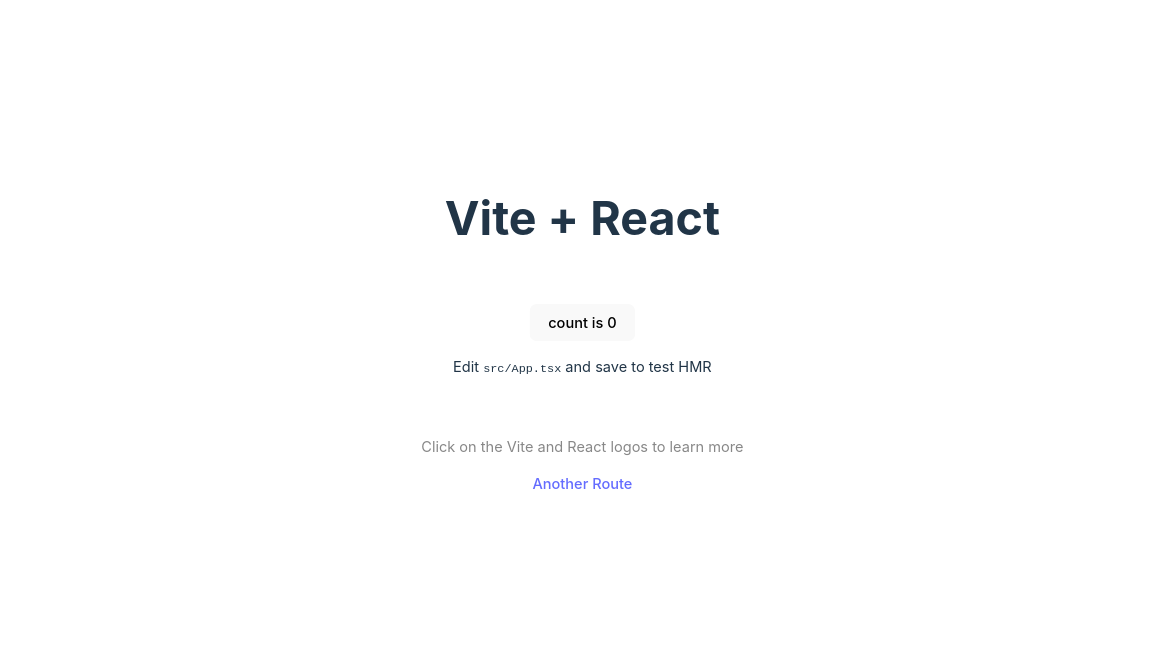
Repository: kgallagher52/first-vite-project
Page: /
The author's editor kept a copy of each file at every save. The page is drawn from the files as they stood at one save, then again after the next save.
The browser window is 1280 px wide. The pictures show the whole page, at 91% of full size.
The project was rebuilt for these pictures with package versions that can differ from the ones it lists, and the page was loaded fresh each time. Also part of the build but not shown: vite.config.ts.

Above is the page before, as saved 2024-09-30 18:56:52.

After the next save:
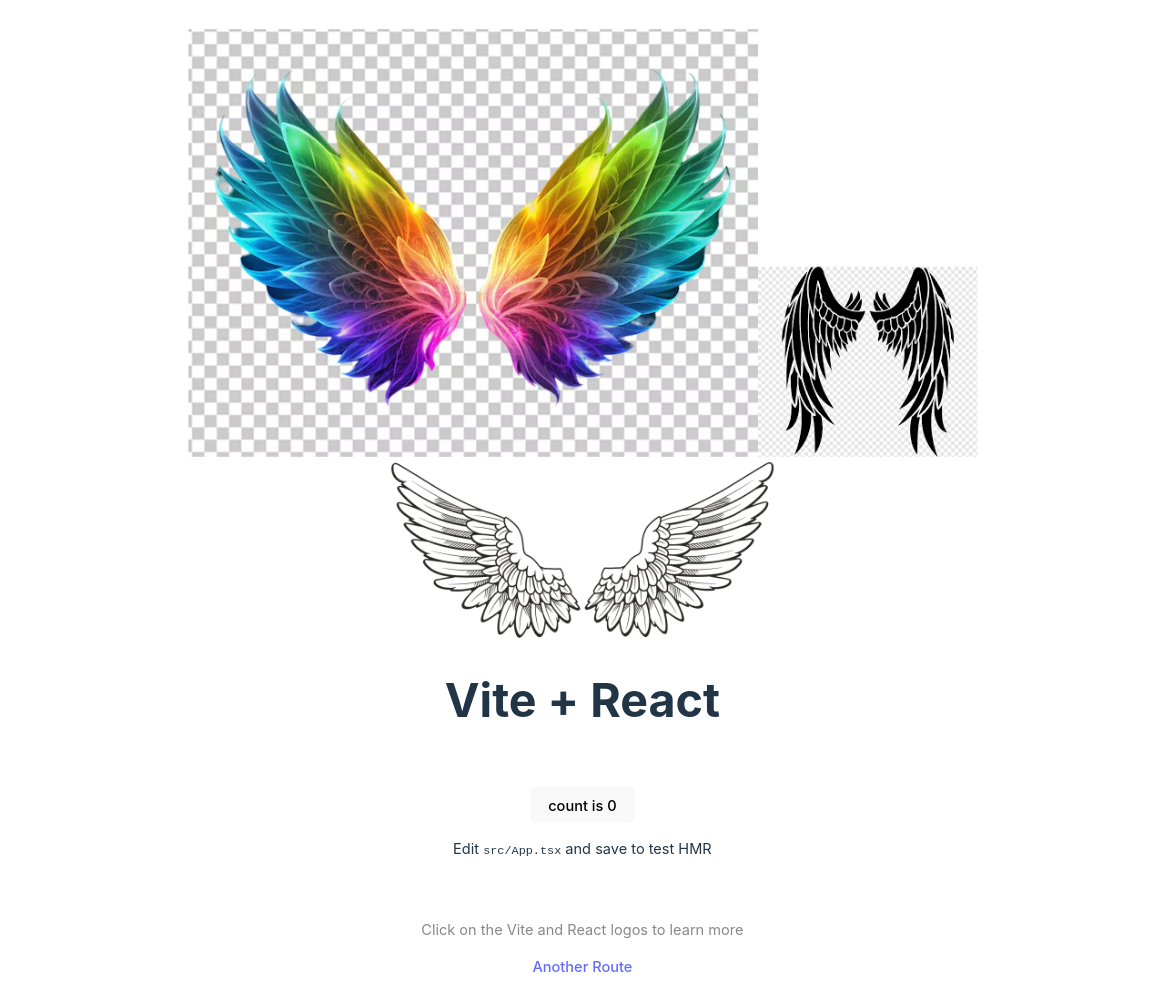
Saved 62 s later.
--- a/src/App.tsx
+++ b/src/App.tsx
@@ -3,7 +3,7 @@
 // import viteLogo from "/vite.svg";
 import "./App.css";
 // Dynamic imports glob pattern by default lazy loads the images but you can add {eager: true} after the path to not lazy load them
-const modules = import.meta.glob<{ default: string }>("/png-images/*.png", { eager: true });
+const modules = import.meta.glob<{ default: string }>("./png-images/*.png", { eager: true });
 function App() {
 	const [count, setCount] = useState(0);
 
